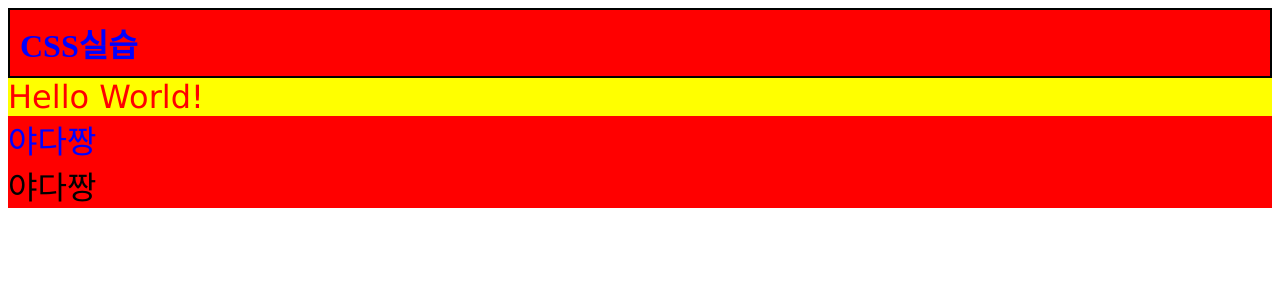
Repository: ashojm/WebWork
Page: Web/first.html
The author's editor kept a copy of each file at every save. The page is drawn from the files as they stood at one save, then again after the next save.
The browser window is 1280 px wide. The pictures show the whole page.

Above is the page before, as saved 2015-11-12 16:25:00.

After the next save:
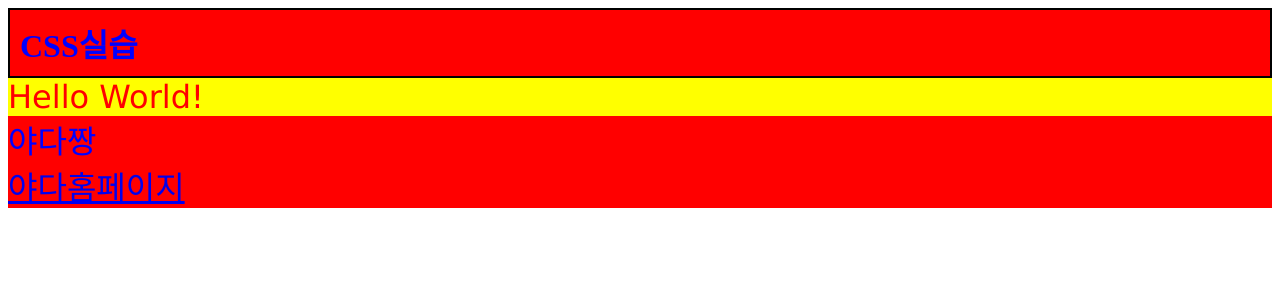
Saved 6 min 6 s later.
--- a/Web/first.html
+++ b/Web/first.html
@@ -14,7 +14,8 @@
 			야다짱
 		</p>
 		<p class="yada">
-			야다짱
+			<a href="http://www.naver.com">야다홈페이지</a>
+
 		</p>
 
 	</body>
